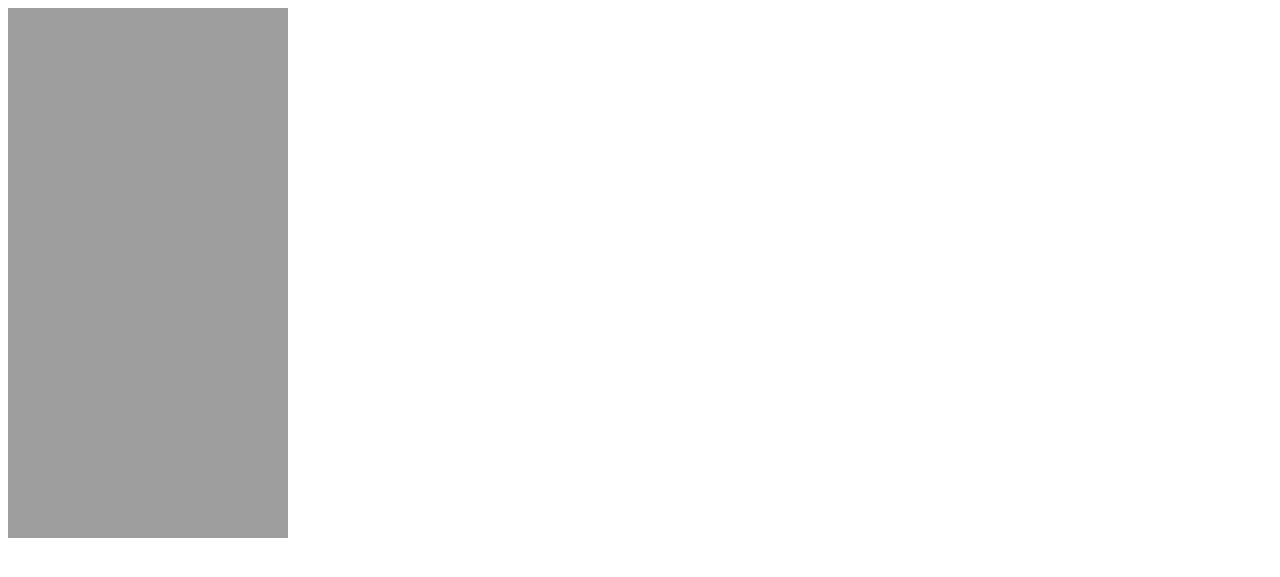
Repository: Tranduchieu2002/FlappyBird
Page: Flappy.html
These files come from the project's save history. The page is drawn as it stood at one moment and after the next save; the edit follows.
The browser window is 1280 px wide. The pictures show the whole page.

Above is the page before, as saved 2021-09-14 18:09:42.
Console error: TypeError: f is not a function

### Flappy.html
<!DOCTYPE html>
<html lang="en">
<head>
   <meta charset="UTF-8">
   <meta http-equiv="X-UA-Compatible" content="IE=edge">
   <meta name="viewport" content="width=device-width, initial-scale=1.0">
   <title>Document</title>
   <style>
      canvas  {
     }
     @media only screen and (max-width: 600px) {
        canvas {
         width: 100%;
         height: 100%;
        }
     }
   </style>
</head>
<body>
   <canvas id="canvas" width="280px" height="530px">

   </canvas>
   <script src="index.js"></script>
</body>
</html>

### index.js
const cvs = document.querySelector("canvas");
const ctx = cvs.getContext("2d");
var bird = new Image();
var bg = new Image();
let fg = new Image();
let pipeSouth = new Image();
let pipeNorth = new Image();
fg.src =
  "https://raw.githubusercontent.com/CodeExplainedRepo/FlappyBird-JavaScript/master/images/fg.png";
pipeNorth.src =
  "https://raw.githubusercontent.com/CodeExplainedRepo/FlappyBird-JavaScript/master/images/pipeNorth.png";
pipeSouth.src =
  "https://raw.githubusercontent.com/CodeExplainedRepo/FlappyBird-JavaScript/master/images/pipeSouth.png";
bird.src =
  "https://raw.githubusercontent.com/CodeExplainedRepo/FlappyBird-JavaScript/master/images/bird.png";
bg.src =
  "https://raw.githubusercontent.com/CodeExplainedRepo/FlappyBird-JavaScript/master/images/bg.png";
console.log();
const Game = (() => {
  return {
    init() {
      this.draw();
      this.loaded();
    },
    draw() {
      const fh = 50;
      const hC = cvs.height;
      let Bx = 12;
      let By = 200;
      let hPassForCg = 90;
      ctx.drawImage(bg, 0, 0);
      ctx.drawImage(bird, Bx, By, 30, 30);
      ctx.drawImage(pipeSouth, 130, hPassForCg + pipeNorth.height);
      ctx.drawImage(pipeNorth, 130, 0);
      ctx.drawImage(fg, 0, hC - fg.height);
      requestAnimationFrame(this.draw);
    },
    loaded() {
      window.addEventListener("keypress", (e) => {
        let KeyID = e.keyCode;
        if (KeyID == 32) {
          console.log("done");
        }
      });
    },
  };
})();
Game.init()

After the next save:
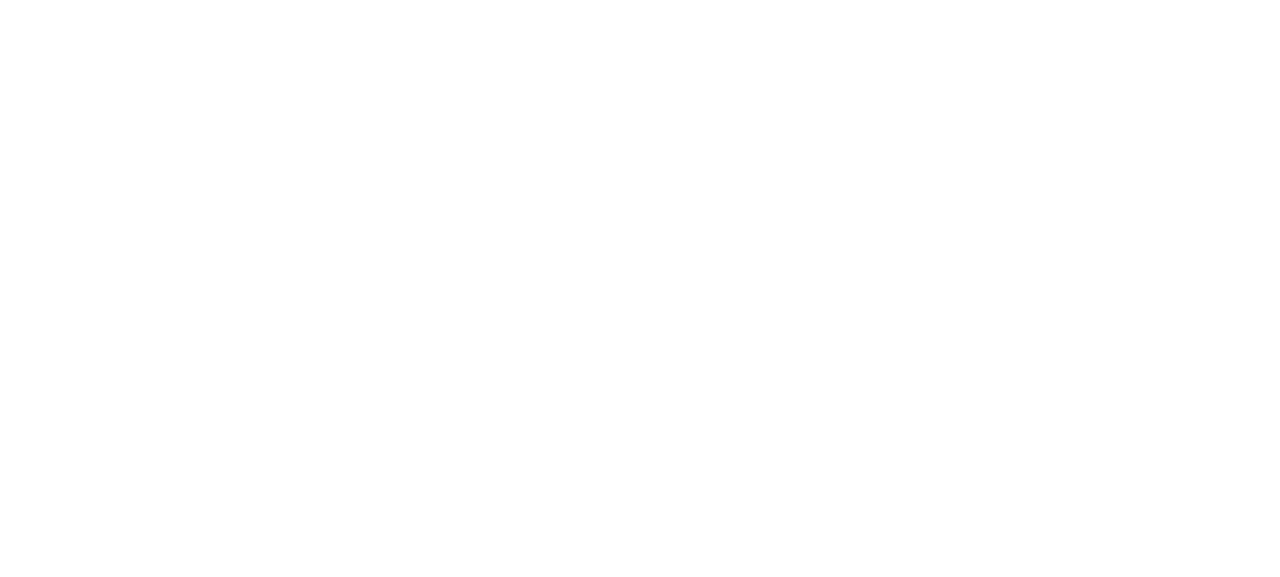
Console error: RangeError: Maximum call stack size exceeded
Saved 4 s later.
--- a/index.js
+++ b/index.js
@@ -33,7 +33,7 @@
       ctx.drawImage(pipeSouth, 130, hPassForCg + pipeNorth.height);
       ctx.drawImage(pipeNorth, 130, 0);
       ctx.drawImage(fg, 0, hC - fg.height);
-      requestAnimationFrame(this.draw);
+      requestAnimationFrame(this.draw());
     },
     loaded() {
       window.addEventListener("keypress", (e) => {

After the 5 saves that followed:
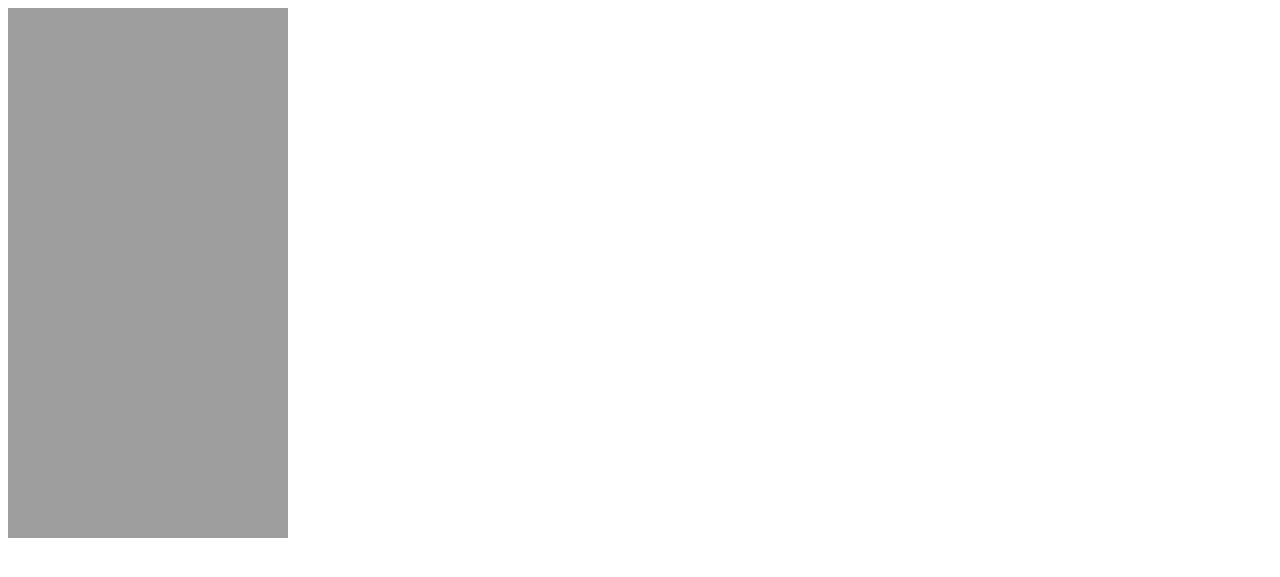
Console error: TypeError: f is not a function
The 5 saves are shown as one change because 2 left the picture as it was and some came seconds apart.
The last was saved 82 s later.
--- a/index.js
+++ b/index.js
@@ -33,7 +33,7 @@
       ctx.drawImage(pipeSouth, 130, hPassForCg + pipeNorth.height);
       ctx.drawImage(pipeNorth, 130, 0);
       ctx.drawImage(fg, 0, hC - fg.height);
-      requestAnimationFrame(this.draw());
+      requestAnimationFrame(this.draw);
     },
     loaded() {
       window.addEventListener("keypress", (e) => {
